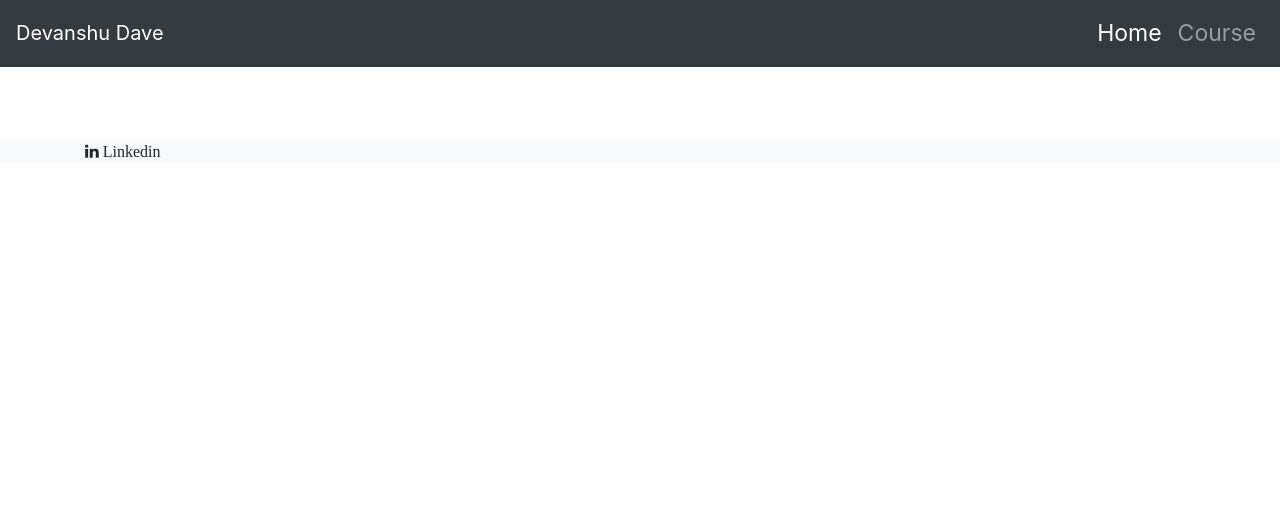
Repository: devanshudave1901/Mobile-Dev-Website
Page: course.html
These files come from the project's save history. The page is drawn as it stood at one moment and after the next save; the edit follows.
The browser window is 1280 px wide. The pictures show the whole page.
Some web libraries are served in a nearby version.

Above is the page before, as saved 2022-10-05 01:53:35.

### course.html
<!DOCTYPE html>
<html lang="en">
  <head>
    <meta charset="UTF-8" />
    <meta http-equiv="X-UA-Compatible" content="IE=edge" />
    <meta name="viewport" content="width=device-width, initial-scale=1.0" />
    <link
      rel="stylesheet"
      href="https://cdn.jsdelivr.net/npm/bootstrap@4.0.0/dist/css/bootstrap.min.css"
      integrity="sha384-Gn5384xqQ1aoWXA+058RXPxPg6fy4IWvTNh0E263XmFcJlSAwiGgFAW/dAiS6JXm"
      crossorigin="anonymous"
    />
    <link
      href="https://maxcdn.bootstrapcdn.com/font-awesome/4.2.0/css/font-awesome.min.css"
      rel="stylesheet"
    />

    <style>
      .navbar-nav {
        margin-left: auto;
        font-size: 23px;
      }
      .welcomeHeading {
        text-shadow: 2px 2px red;
        text-align: center;
      }
      .welcomeText {
        text-align: center;
        font-family: "Sofia", sans-serif;
      }
      .featurette-heading {
        font-weight: 300;
        line-height: 1;
        letter-spacing: -0.05rem;
        margin-top: 20%;
      }
      .profileIamge {
        width: 250px;

        left: 300px;
      }
      .mobileDevProfile {
        margin-top: 10%;
        left: 100px;
      }
    </style>
    <script
      src="https://code.jquery.com/jquery-3.2.1.slim.min.js"
      integrity="sha384-KJ3o2DKtIkvYIK3UENzmM7KCkRr/rE9/Qpg6aAZGJwFDMVNA/GpGFF93hXpG5KkN"
      crossorigin="anonymous"
    ></script>
    <script
      src="https://cdn.jsdelivr.net/npm/popper.js@1.12.9/dist/umd/popper.min.js"
      integrity="sha384-ApNbgh9B+Y1QKtv3Rn7W3mgPxhU9K/ScQsAP7hUibX39j7fakFPskvXusvfa0b4Q"
      crossorigin="anonymous"
    ></script>
    <script
      src="https://cdn.jsdelivr.net/npm/bootstrap@4.0.0/dist/js/bootstrap.min.js"
      integrity="sha384-JZR6Spejh4U02d8jOt6vLEHfe/JQGiRRSQQxSfFWpi1MquVdAyjUar5+76PVCmYl"
      crossorigin="anonymous"
    ></script>
    <title>Mobile Development - Lab 2</title>
  </head>
  <body>
    <nav class="navbar sticky-top navbar-expand-lg navbar-dark bg-dark">
      <a class="navbar-brand" href="#">Devanshu Dave</a>

      <div class="collapse navbar-collapse" id="navbarNavDropdown">
        <ul class="navbar-nav" mr-auto>
          <li class="nav-item active">
            <a class="nav-link" href="./index.html"
              >Home <span class="sr-only">(current)</span></a
            >
          </li>
          <li class="nav-item">
            <a class="nav-link" href="./course.html">Course</a>
          </li>
        </ul>
      </div>
    </nav>
    <br />
    <br />
    <br />
    <footer class="footer bg-light">
      <div class="container">
        <i class="fa fa-brands fa-linkedin"> Linkedin</i>
      </div>
    </footer>
  </body>
</html>

After the next save:
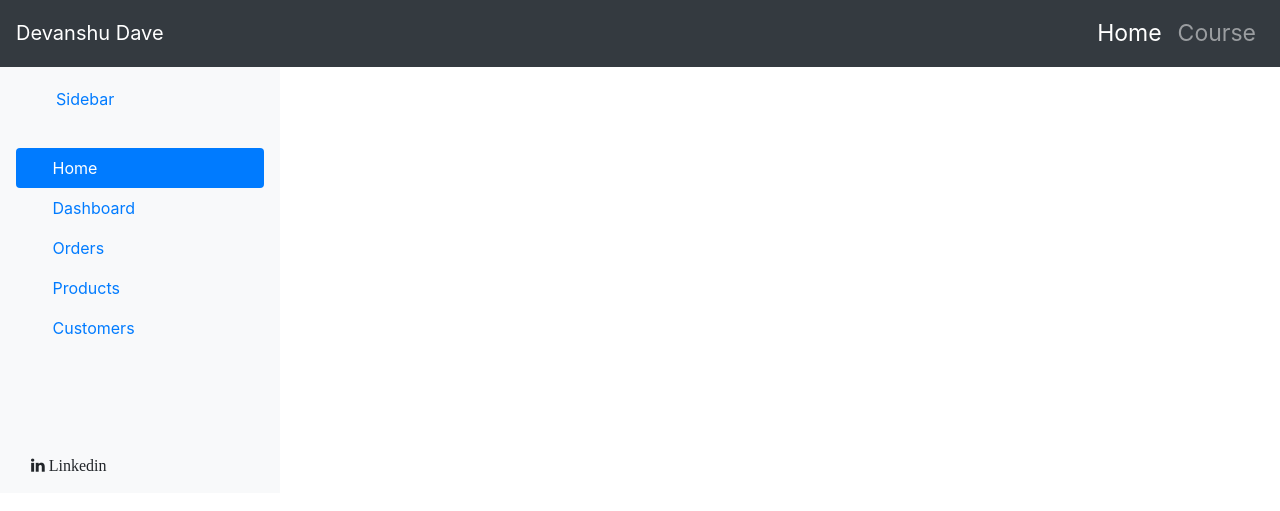
Saved 9 h 29 min later.
--- a/course.html
+++ b/course.html
@@ -78,6 +78,45 @@
         </ul>
       </div>
     </nav>
+    <div class="d-flex flex-column flex-shrink-0 p-3 bg-light" style="width: 280px;">
+      <a href="/" class="d-flex align-items-center mb-3 mb-md-0 me-md-auto link-dark text-decoration-none">
+        <svg class="bi me-2" width="40" height="32"><use xlink:href="#bootstrap"/></svg>
+        <span class="fs-4">Sidebar</span>
+      </a>
+      <hr>
+      <ul class="nav nav-pills flex-column mb-auto">
+        <li class="nav-item">
+          <a href="#" class="nav-link active" aria-current="page">
+            <svg class="bi me-2" width="16" height="16"><use xlink:href="#home"/></svg>
+            Home
+          </a>
+        </li>
+        <li>
+          <a href="#" class="nav-link link-dark">
+            <svg class="bi me-2" width="16" height="16"><use xlink:href="#speedometer2"/></svg>
+            Dashboard
+          </a>
+        </li>
+        <li>
+          <a href="#" class="nav-link link-dark">
+            <svg class="bi me-2" width="16" height="16"><use xlink:href="#table"/></svg>
+            Orders
+          </a>
+        </li>
+        <li>
+          <a href="#" class="nav-link link-dark">
+            <svg class="bi me-2" width="16" height="16"><use xlink:href="#grid"/></svg>
+            Products
+          </a>
+        </li>
+        <li>
+          <a href="#" class="nav-link link-dark">
+            <svg class="bi me-2" width="16" height="16"><use xlink:href="#people-circle"/></svg>
+            Customers
+          </a>
+        </li>
+      </ul>
+      <hr>
     <br />
     <br />
     <br />
